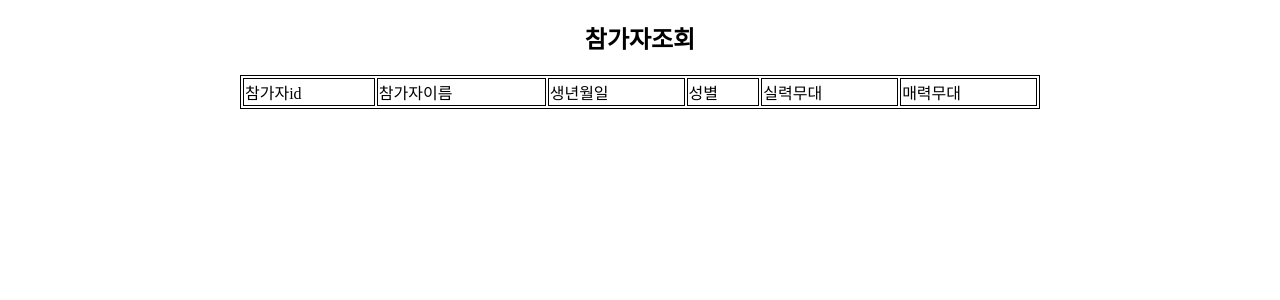
Repository: mvcfvsgdj/javaee
Page: http://localhost/prj0829/콘서트참가자점수조회.jsp
These files come from the project's save history. The page is drawn as it stood at one moment and after the next save; the edit follows.
The browser window is 1280 px wide. The pictures show the whole page.
The page is served by Tomcat 9. Queries for data that is not in the repository find no rows.

Above is the page before, as saved 2023-08-28 08:02:26.

### prj0829/src/main/webapp/콘서트참가자점수조회.jsp
<%@ page language="java" contentType="text/html; charset=UTF-8"
    pageEncoding="UTF-8"%>
    <%@  page import="java.sql.*"%>
<!DOCTYPE html>
<html>
<head>
<meta charset="UTF-8">
<title>Insert title here</title>
<link href="./css/콘서트.css" rel="stylesheet" />
</head>
<body>
<header><h2>참가자조회</h2></header>

	<table>
		<tr>
			<td>참가자id</td>
			<td>참가자이름</td>
			<td>생년월일</td>
			<td>성별</td>
			<td>실력무대</td>
			<td>매력무대</td>
		</tr>

		<%
		Connection con = null;
		Statement st = null;
		ResultSet rs = null;
		try {
			String driver = "oracle.jdbc.driver.OracleDriver";
			String url = "jdbc:oracle:thin:@localhost:1521:xe";
			String user = "scott";
			String password = "tiger";

			//1. 오라클드라이버 로딩
			Class.forName(driver);

			//2. 데이터베이스 연결
			con = DriverManager.getConnection(url, user, password);

			//3. statement 얻어오기
			st = con.createStatement();

			//4. 필요한 sql 작성
		  	String sql= " select JOIN_ID ,";
		  			sql += " JOIN_NM , ";
		  			sql += " to_char(TO_DATE(BIRTH,'YYYY-MM-DD'),'yyyy \"년\" mm\"월\"dd\"일\"'), ";
		  		    sql += " decode(gender, 'M','남성'), ";
		  		    sql += " decode(SPECIALTY , 'D','댄스','R','랩','V','보컬') , ";
		  		    sql += " CHARM from tbl_join_200 ";

			//5. 최종적으로 실행

			System.out.println( sql );
			rs = st.executeQuery(sql);

			//6. 가져온 쿼리 결과를 화면에 출력하기
			while (rs.next()) {
		%>

			<tr>
			<td><%=rs.getString(1)%></td>
			<td><%=rs.getString(2)%></td>
			<td><%=rs.getString(3)%></td>
			<td><%=rs.getString(4)%></td>
			<td><%=rs.getString(5)%></td>
			<td><%=rs.getString(6)%></td>
			</tr>

 <%
	}
	} catch (Exception e) {
	e.printStackTrace();
	} finally { //자원의 반납
	if (rs != null)
	rs.close();
	if (st != null)
	st.close();
	if (con != null)
	con.close();
	}

		 %>

	</table>


<section></section>

</body>
</html>

### prj0829/src/main/webapp/css/콘서트.css
@charset "UTF-8";


header{
	margin: 0 auto;
	text-align: center;
}
table{
	width: 800px;
	border:1px solid black;
	margin:0 auto;
}
td{
	border:1px solid black;
}

After the next save:
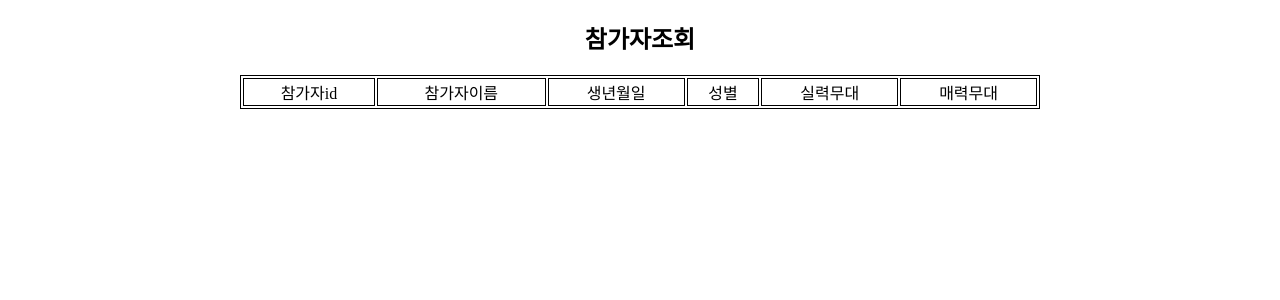
Saved 23 s later.
--- a/prj0829/src/main/webapp/css/콘서트.css
+++ b/prj0829/src/main/webapp/css/콘서트.css
@@ -9,7 +9,9 @@ table{
 	width: 800px;
 	border:1px solid black;
 	margin:0 auto;
+	text-align: center;
 }
 td{
 	border:1px solid black;
+	text-align: center;
 }
